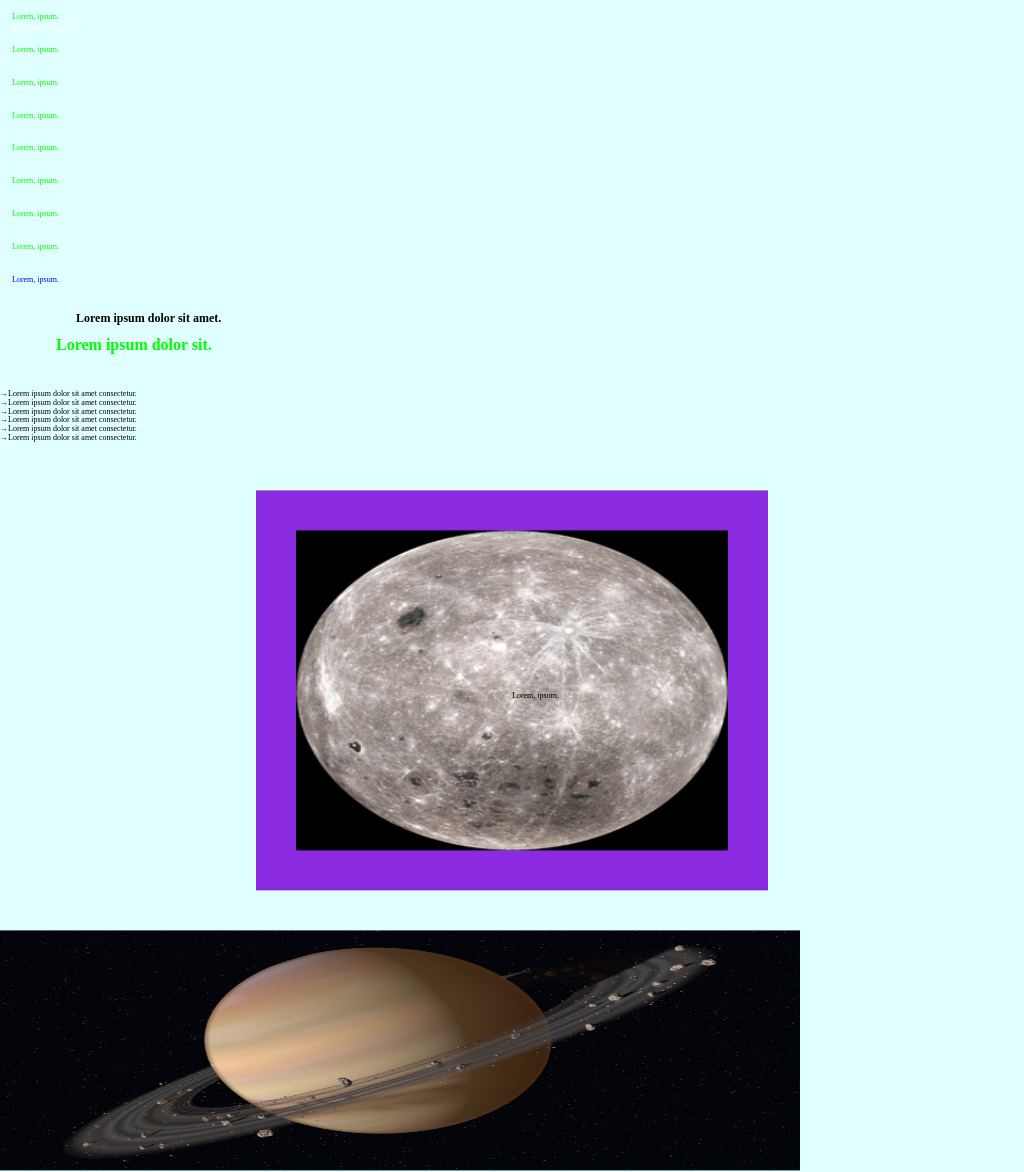
Repository: aSSasdy/assasdy.github.io
Page: index.html
These files come from the project's save history. The page is drawn as it stood at one moment and after the next save; the edit follows.
The browser window is 1280 px wide. The pictures show the whole page, at 80% of full size.

Above is the page before, as saved 2021-11-22 18:14:18.

### index.html
<!DOCTYPE html>
<html lang="en">
<head>
    <meta charset="UTF-8">
    <meta http-equiv="X-UA-Compatible" content="IE=edge">
    <meta name="viewport" content="width=device-width, initial-scale=1.0">
    <title>Document</title>
    <link rel="stylesheet" href="css/reset.css">
    <link rel="stylesheet" href="css/style.css">
    <style>
        body {
            background-color: lightgreen;
        }
    </style>
</head>
<body style="background-color: lightcyan">
    <p>Lorem, ipsum.</p>
    <p>Lorem, ipsum.</p>
    <p>Lorem, ipsum.</p>
    <p>Lorem, ipsum.</p>
    <p>Lorem, ipsum.</p>
    <p>Lorem, ipsum.</p>
    <p>Lorem, ipsum.</p>
    <p>Lorem, ipsum.</p>
    <p id="para1">Lorem, ipsum.</p>
    <h1>Lorem ipsum dolor sit.</h1>
    <h2>Lorem ipsum dolor sit amet.</h2>
    <ul class="list">
        <li>Lorem ipsum dolor sit amet consectetur.</li>
        <li>Lorem ipsum dolor sit amet consectetur.</li>
        <li>Lorem ipsum dolor sit amet consectetur.</li>
        <li>Lorem ipsum dolor sit amet consectetur.</li>
        <li>Lorem ipsum dolor sit amet consectetur.</li>
        <li>Lorem ipsum dolor sit amet consectetur.</li>
    </ul>
    <br>
    <div class="block-1">
        <img src="img/Moon_farside_LRO_color_mosaic.png" style="width: 100%; height: 100%;">
        <div class="centered">Lorem, ipsum.</div>
    </div>
    <div class="container">
        <img src="img/field_image_magnitosfera-saturna-i-ego-sputnik-encelad-v2.orig_.jpg" alt="moon" width="1000" height="300">
        <div class="topleft">Верхний левый угол</div>
      </div>
</body>
</html>

### css/reset.css
*, :before, :after{
	margin:0;
	padding:0;
	-webkit-box-sizing: border-box;
	-moz-box-sizing: border-box;
	box-sizing: border-box;
}
ol, ul {list-style: none;}
:focus {	outline: 0;}
::-webkit-input-placeholder{text-indent: 0px;   transition: text-indent 0.3s ease;font-family: inherit; color: #737B7D}
::-moz-placeholder{opacity: 1; transition: opacity 0.3s ease;font-family: inherit; color: #737B7D}
:-moz-placeholder{opacity: 1; transition: opacity 0.3s ease;font-family: inherit; color: #737B7D}
:-ms-input-placeholder{ text-indent: 0px;   transition: text-indent 0.3s ease;font-family: inherit; color: #737B7D}
:focus::-webkit-input-placeholder{ text-indent: -500px; transition: text-indent 0.3s ease;}
:focus::-moz-placeholder{opacity: 0; transition: opacity 0.3s ease;}
:focus:-moz-placeholder{opacity: 0; transition: opacity 0.3s ease;}
:focus:-ms-input-placeholder{ text-indent: -500px;   transition: text-indent 0.3s ease;}
table {
	border-collapse: collapse;
	border-spacing: 0;
}
label, input:not([type="checkbox"]),
input:not([type="radio"]) , button{
	-webkit-appearance:none;
	font-family: inherit;
}
label, input[type="submit"], button{cursor:pointer;}
img{border: none;}
html, body{
    height: 100%;
}
html{font-size: 62.5%;}
button:focus{outline: none!important}
input::-webkit-outer-spin-button,
input::-webkit-inner-spin-button {
    -webkit-appearance: none;
    margin: 0;
}
input:hover::-webkit-outer-spin-button,
input:hover::-webkit-inner-spin-button {
    display: none;
    -webkit-appearance: none;
    margin: 0;
}

### css/style.css
body{
    background-color: lightsalmon;
}
p{
    color: red;
    padding: 15px;
}
#para1{
    color:blue;
}
p,
h1{
    color:lime;
}
.list li:before{
    content: "→";
}
h2{
    margin: 25px;
    padding-top: 25px;
    padding-bottom: 25px;
    padding-right: 50px;
    padding-left: 50px;
    position: relative;
    left: 20px;
    bottom: 30px;
}
h1{
    margin-left: 20px;
    margin-bottom: 50px;
    margin-top: 50px;
    position: absolute;
    left: 50px;
    right: 50px;
}
.block-1{
    width: 50%;
    height: 500px;
    background: blueviolet;
    margin-left: auto;
    margin-right: auto;
    margin-top: 50px;
    margin-bottom: 50px;
    padding: 50px;
    position: relative;
    text-align: center;
}
.centered{
    position:absolute;
    top: 50%;
    left: 50%;
}
.topleft{
    position: absolute;
    top: 30px;
    left: 15px;
    color: white;
}

After the next save:
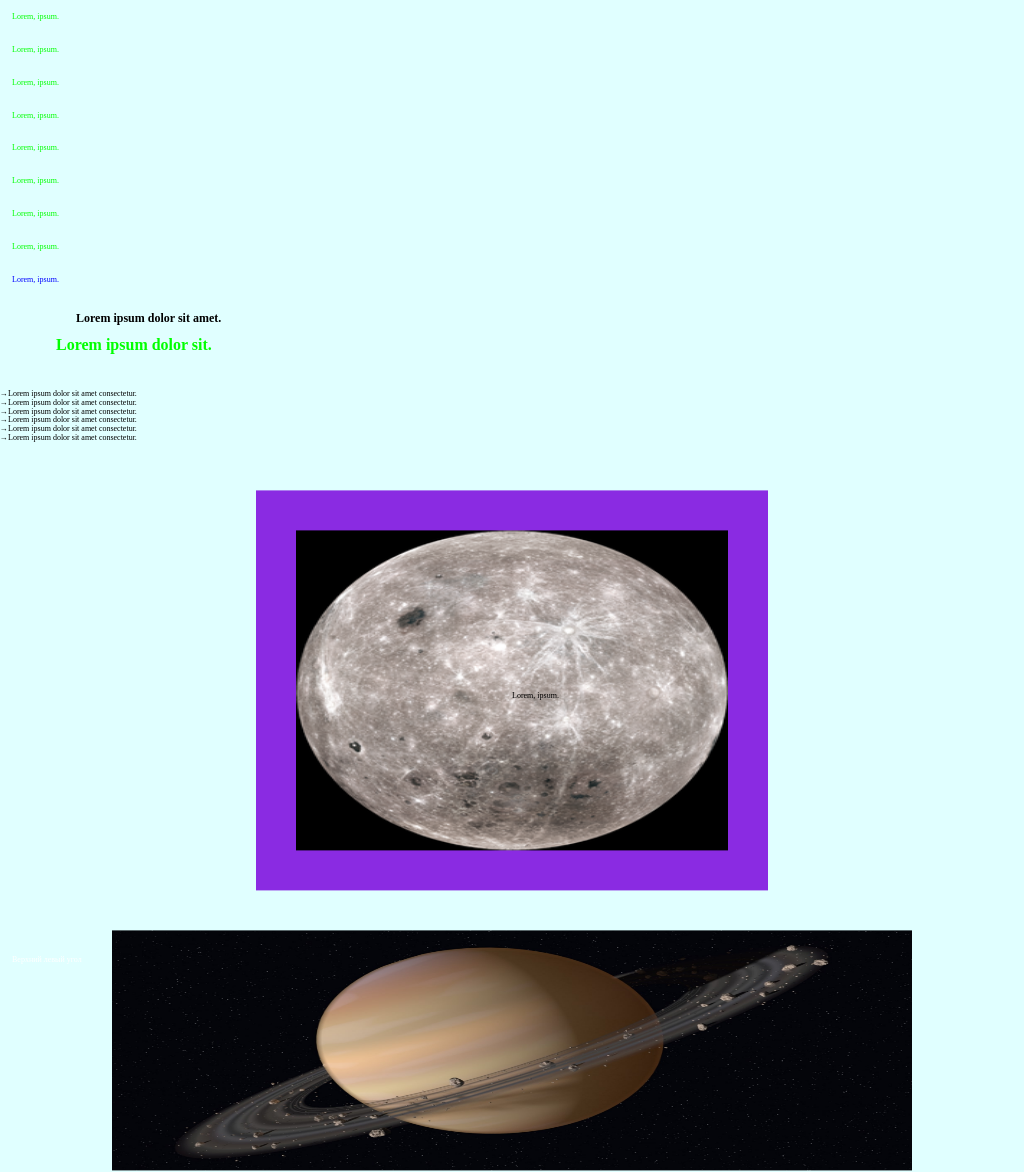
Saved 37 s later.
--- a/css/style.css
+++ b/css/style.css
@@ -50,6 +50,11 @@
     top: 50%;
     left: 50%;
 }
+.container {
+    position: relative;
+    text-align: center;
+    color: white;
+}
 .topleft{
     position: absolute;
     top: 30px;

After the save that followed:
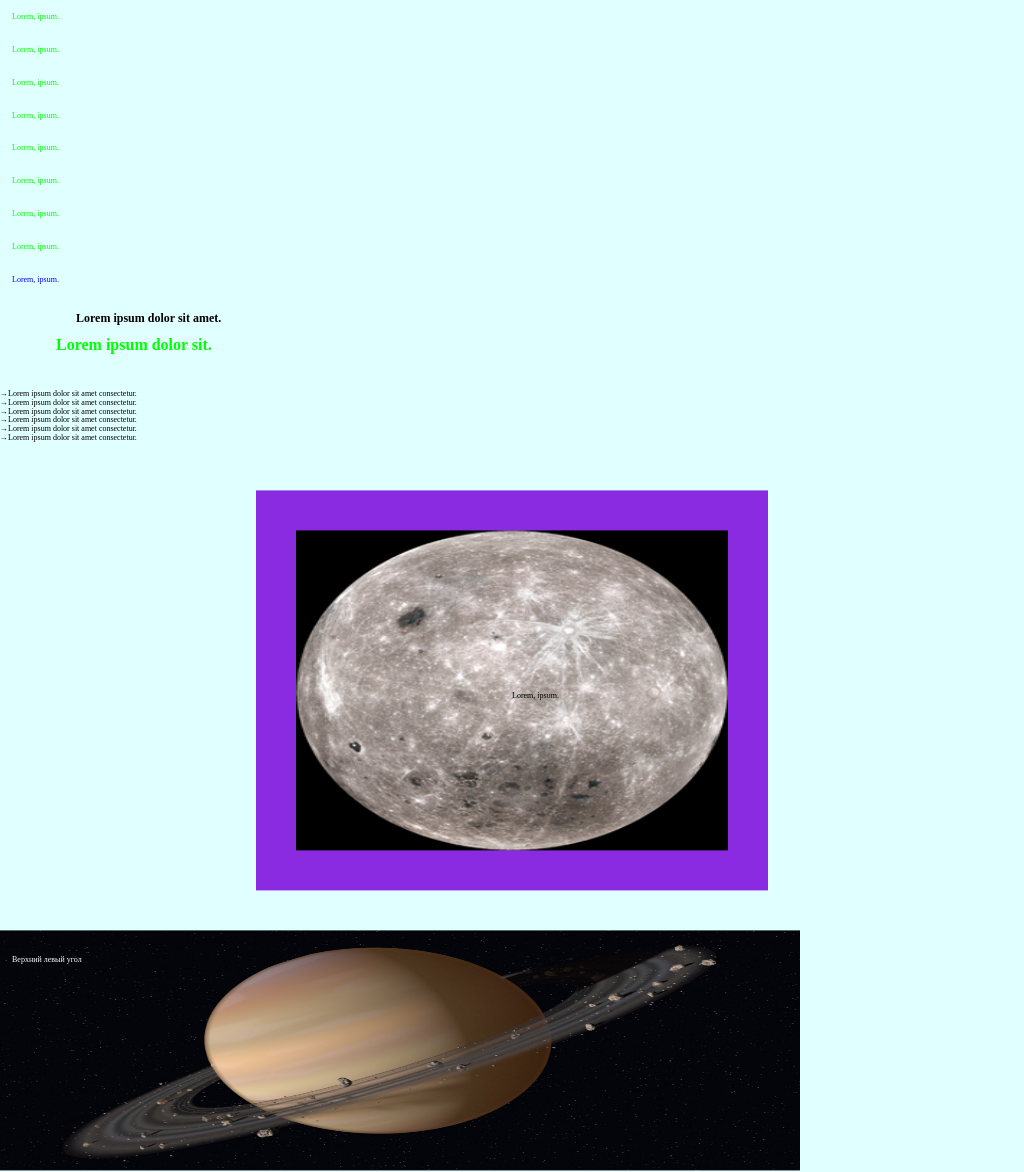
Saved 16 s later.
--- a/css/style.css
+++ b/css/style.css
@@ -52,7 +52,6 @@
 }
 .container {
     position: relative;
-    text-align: center;
     color: white;
 }
 .topleft{
